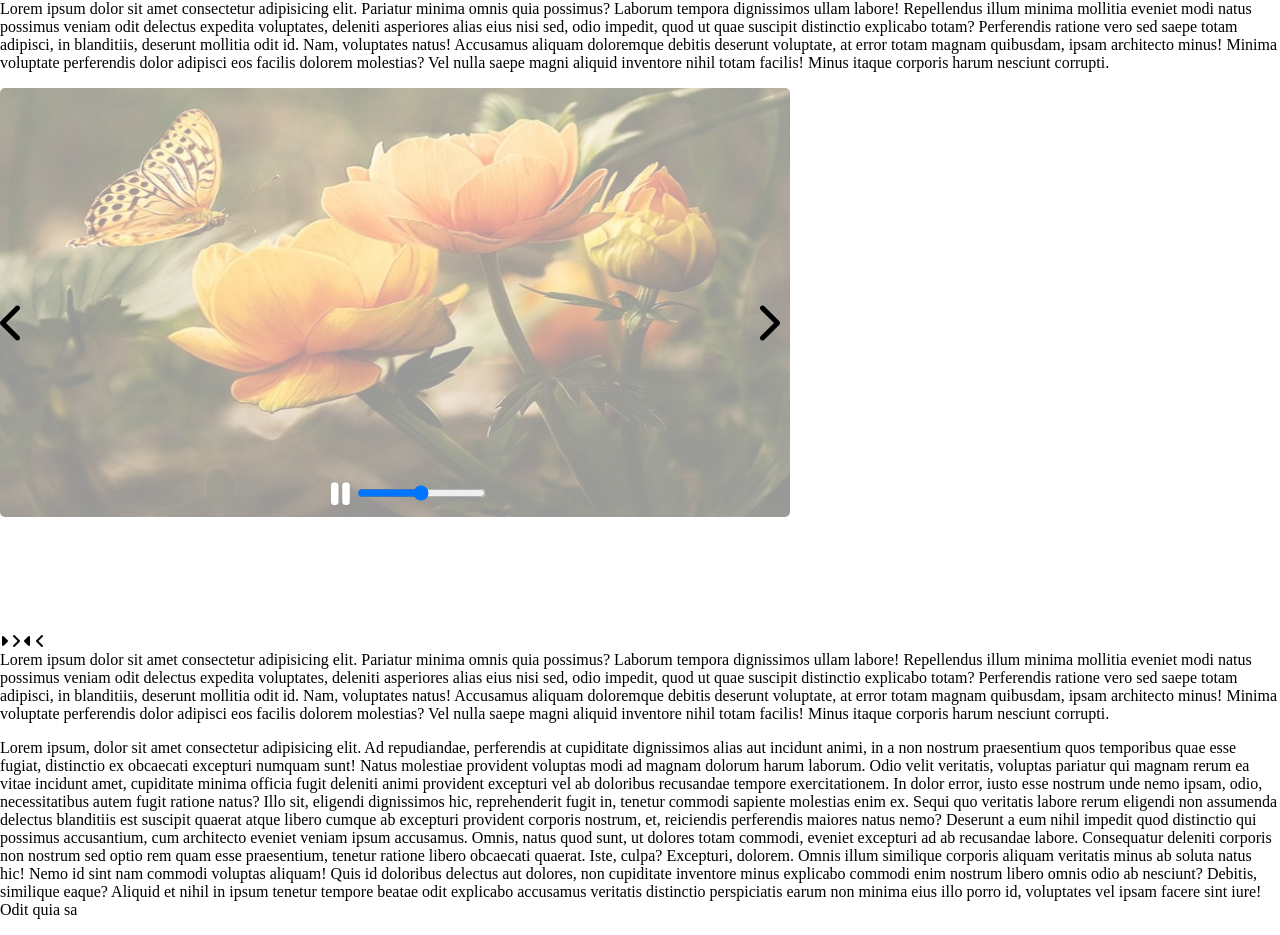
Repository: StevieC87/ASSIGNMENT3
Page: Slideshow/imgGallery.html
The author's editor kept a copy of each file at every save. The page is drawn from the files as they stood at one save, then again after the next save.
The browser window is 1280 px wide. The pictures show the whole page.

Above is the page before, as saved 2022-02-27 23:55:46.
Console error: ReferenceError: slideDynamicNew is not defined

### Slideshow/imgGallery.html
<!DOCTYPE html>
<html lang="en">

<head>
    <meta charset="UTF-8">
    <meta http-equiv="X-UA-Compatible" content="IE=edge">
    <meta name="viewport" content="width=device-width, initial-scale=1.0">

    <link rel="stylesheet" href="imgGallery.css">
    <link rel="stylesheet" href="./fonts/fontawesome/all.css">
    <!--  <script src="imgGallery2newORIGINAL.js" defer></script> -->

    <title>Document</title>
    <style>

    </style>
</head>

<body>

    <div class="loremipsum">
        Lorem ipsum dolor sit amet consectetur adipisicing elit. Pariatur minima omnis quia possimus? Laborum tempora
        dignissimos ullam labore! Repellendus illum minima mollitia eveniet modi natus possimus veniam odit delectus
        expedita voluptates, deleniti asperiores alias eius nisi sed, odio impedit, quod ut quae suscipit distinctio
        explicabo totam? Perferendis ratione vero sed saepe totam adipisci, in blanditiis, deserunt mollitia odit id.
        Nam, voluptates natus! Accusamus aliquam doloremque debitis deserunt voluptate, at error totam magnam quibusdam,
        ipsam architecto minus! Minima voluptate perferendis dolor adipisci eos facilis dolorem molestias? Vel nulla
        saepe magni aliquid inventore nihil totam facilis! Minus itaque corporis harum nesciunt corrupti.
        <p></p>
        <p></p>

    </div>
    <div class="slideOuterContainer">
        <div class="gallerycontainer">
            <div class="mainphotodiv" id="mainphotodiv">
                <div class="mainphotodiv2" id="mainphotodiv2"></div>

                <div id="buttonsdiv1">
                    <div id="pausediv">
                        <i class="fa-solid fa-pause"></i>
                    </div>
                    <div id="playdiv" class="hidden">
                        <i id="playicon" class="fa-solid fa-play"></i>
                    </div>
                    <div id="rangeSliderdiv" class="rangeSliderdiv">
                        <label for="speed"></label>
                        <input id="rangeSlider" type="range" min="1" max="3" value="2">
                    </div>
                </div>

                <div id="buttonleftdiv"></div>
                <div id="buttonrightdiv"></div>

                <i id="buttonNext" class="fa-solid fa-chevron-right"></i>
                <i id="buttonPrevious" class="fa-solid fa-chevron-left"></i>
            </div>


        </div>
        <div class="thumbcontainer" id="thumb_container">
            <!-- thumbnails go here -->
        </div>

    </div>
    </div>
    <p></p>


    <i class="fa-solid fa-caret-right"></i>
    <i class="fa-solid fa-angle-right"></i>

    <i class="fa-solid fa-caret-left"></i>
    <i class="fa-solid fa-angle-left"></i>


    <!-- <div id="UIcontrols">
    <button id="buttonleft">Left</button>
    <button id="buttonpause">pause</button>
    <button id="buttonresume">Resume</button>
    <button id="buttonright">Right</button>
</div> -->

    <div id="parentdiv2">
        <!-- <div id="childdiv2"></div> -->
    </div>
    <div class="loremipsum">
        Lorem ipsum dolor sit amet consectetur adipisicing elit. Pariatur minima omnis quia possimus? Laborum tempora
        dignissimos ullam labore! Repellendus illum minima mollitia eveniet modi natus possimus veniam odit delectus
        expedita voluptates, deleniti asperiores alias eius nisi sed, odio impedit, quod ut quae suscipit distinctio
        explicabo totam? Perferendis ratione vero sed saepe totam adipisci, in blanditiis, deserunt mollitia odit id.
        Nam, voluptates natus! Accusamus aliquam doloremque debitis deserunt voluptate, at error totam magnam quibusdam,
        ipsam architecto minus! Minima voluptate perferendis dolor adipisci eos facilis dolorem molestias? Vel nulla
        saepe magni aliquid inventore nihil totam facilis! Minus itaque corporis harum nesciunt corrupti.
        <p></p>
        <p></p>

    </div>
    <p>Lorem ipsum, dolor sit amet consectetur adipisicing elit. Ad repudiandae, perferendis at cupiditate dignissimos
        alias aut incidunt animi, in a non nostrum praesentium quos temporibus quae esse fugiat, distinctio ex obcaecati
        excepturi numquam sunt! Natus molestiae provident voluptas modi ad magnam dolorum harum laborum. Odio velit
        veritatis, voluptas pariatur qui magnam rerum ea vitae incidunt amet, cupiditate minima officia fugit deleniti
        animi provident excepturi vel ab doloribus recusandae tempore exercitationem. In dolor error, iusto esse nostrum
        unde nemo ipsam, odio, necessitatibus autem fugit ratione natus? Illo sit, eligendi dignissimos hic,
        reprehenderit fugit in, tenetur commodi sapiente molestias enim ex. Sequi quo veritatis labore rerum eligendi
        non assumenda delectus blanditiis est suscipit quaerat atque libero cumque ab excepturi provident corporis
        nostrum, et, reiciendis perferendis maiores natus nemo? Deserunt a eum nihil impedit quod distinctio qui
        possimus accusantium, cum architecto eveniet veniam ipsum accusamus. Omnis, natus quod sunt, ut dolores totam
        commodi, eveniet excepturi ad ab recusandae labore. Consequatur deleniti corporis non nostrum sed optio rem quam
        esse praesentium, tenetur ratione libero obcaecati quaerat. Iste, culpa? Excepturi, dolorem. Omnis illum
        similique corporis aliquam veritatis minus ab soluta natus hic! Nemo id sint nam commodi voluptas aliquam! Quis
        id doloribus delectus aut dolores, non cupiditate inventore minus explicabo commodi enim nostrum libero omnis
        odio ab nesciunt? Debitis, similique eaque? Aliquid et nihil in ipsum tenetur tempore beatae odit explicabo
        accusamus veritatis distinctio perspiciatis earum non minima eius illo porro id, voluptates vel ipsam facere
        sint iure! Odit quia sa</p>


    <script src="imgGallery.js"></script>
</body>

</html>

### Slideshow/imgGallery.css
:root{
    --width:800px;
    --height:636px;
    --imgwidth:560px;
    /* ratio 3:2 for landscape  */
    /* --imgwidth: calc(var(--width) - 10px);
   --imgheight: calc(var(--height) - 10px);  */
   /* --imgwidth: 450px;
   --imgheight: 300px;  */
}
body {
    margin: 0;

}
* {
    box-sizing: border-box;
  }

/* DEFAULT MOBILE SIZE VALUES */
.slideOuterContainer {
    max-width: var(--width);
    max-height: var(--height);
}
.gallerycontainer {
    display: grid;
  /*   max-height: 500px;
    width: 560px; */
    /* overflow: hidden; */

}

.mainphotodiv {
    grid-row: 1/2;
    grid-column: 1 / -1;
    position: relative;

}

.mainphoto {
    /* width: var(--width);
    height: var(--height); */
   /*  width: 100%;
    max-height: 400px; */
   /*  height: 100%; */
   /*  margin: auto; */

   /* width: auto; */

   transition: display 1s;
  /*  max-width: 560px;
   height: 400px; */
   border-radius: 5px;
}
.mainphoto2{
    position: absolute;
    top: 0;
    left: 0;

}
.mainphotodiv2 {
    /* height: 466px; */
}
.mainphotofullsize {
    max-width: 800px;
}
.visible {
    visibility: visible;
}
.hidden {
    visibility: hidden;
    /* display: none; */
}
.thumbcontainer {
    grid-row: 2/3;
    grid-column: 1 / -1;
    width: auto;
    display: flex;
    height: 100px;
  /*   flex-wrap: wrap; */
    z-index:20;
    overflow-x: scroll;
    overflow-y: hidden;
    gap: 5px;
    max-width: var(--width);
    position: relative;

}
.center-img {
    display: block;
    margin-left: auto;
    margin-right: auto;
    width: 50%;
  }

/* .imgclass {
    width: 100px;
} */
.thumb {
    border-radius: 5px;
    margin-top: 5px;
    background-color: sandybrown;

  /*   max-width: 100px;
    height: 100px; */

}
.thumb-portrait {
    width: 75px;
    height: 83px;

}
.thumb-landscape {
    width: 155px;
    height: 83px;

}

.thumbfocus {
   /* border: 5px solid black; */
 /*   box-shadow:  inset 5em 1em gold; */
   border: 2px solid aquamarine;
}

.landscape-desktop {

   /*  height: 400px;
    width: 560px; */
    width: 100%;
   /*  object-fit: cover; */
}
.portrait-desktop {

    width: auto;
    margin: 0 auto;
}




.fade {
    -webkit-animation-name: fade;
    -webkit-animation-duration: 2s;
    animation-name: fade;
    animation-duration: 4s;
    }
  @-webkit-keyframes fade {
    from {opacity: .4}
    to {opacity: 1}
    }

    @keyframes fade {
    from {opacity: .4}
    to {opacity: 1}
    }

#buttonsdiv1 {
    position: absolute;
    bottom: 0%;
   /*  left: 50%; */
    /* left: calc((var(--width) / 2)  - 70px); */
    left: 50%;
    margin-left: -69px;
   /*  background-color: gray; */
   /*  width: 75px; */
    padding: 5px;
    display: flex;
    width: 112px;

}


#pausediv {
   /*  position: absolute;
    top: 0%;
    left: 0%; */
    color: white;
    font-size: 30px;
   /*  padding: 5px; */

    /* background-color: yellow; */
}
#playdiv{
    color: white;
    font-size: 30px;
    position: absolute;
    top: 0%;
    left: 0%;
    padding: 5px;
    display: block;
}
.rangeSliderdiv{
   padding-top: 5px;
   padding-left: 5px;
}

#buttonleftdiv {
    position: absolute;
    top: 0;
    left: 0;
    font-size: 40px;
    height: 100%;
    width: 50px;
    /* filter: brightness(0.5); */
    background-color: gray;
    opacity: 0;
    z-index: 3;
}
#buttonrightdiv {
    position: absolute;
    top: 0;
    right: 0;
    font-size: 40px;
    height: 100%;
    width: 50px;
    /* filter: brightness(0.5); */
    background-color: gray;
    opacity: 0;
    z-index: 3;
}

#buttonNext {
    position: absolute;
    top: 50%;
    right: 0;
    font-size: 40px;
    margin-right: 10px;

}

#buttonPrevious {
    position: absolute;
    top: 50%;
    left: 0;
    font-size: 40px;
    margin-right: 10px;
}

### Slideshow/imgGallery.js
//ARRAY OF IMAGES
const myImages = [

    "./images/1.jpg",
    "./images/3.jpg",
    "./images/4.jpg",
    "./images/5.jpg",
    "./images/8.jpg",
    "./images/9.jpg",
    "./images/10.jpg",
    "./images/6.jpg",
    "./images/7.jpg"
];
//get total number of images
const totalImages = myImages.length;
//get index of last image
const totalImagesIndex = totalImages - 1;
//create counter variable
let currentSlide;

//grab elements
const parentdiv = document.querySelector('#mainphotodiv');
let currentphoto = document.querySelector(`img${currentSlide}`);
let currentMainphoto = document.querySelector('.mainphoto');
const parentdivthumb = document.querySelector('.thumbcontainer');
const photoparentdiv = document.querySelector('#mainphotodiv2');
//more elements for event listeners
const pausebutton = document.querySelector('#pausediv');
const playbutton = document.querySelector('#playdiv');
const rangeslider = document.querySelector('#rangeSlider');
const button_back_div = document.querySelector('#buttonleftdiv');
const button_next_div = document.querySelector('#buttonrightdiv');
let speed; //create variable for slider speed


/****************** FUNCTION RETURN ORIENTATION OF IMAGE **********************/
const getImgOrientReturnClass = (imgObject) => {
    let mainphoto_width = imgObject.naturalWidth;
    let mainphoto_height = imgObject.naturalHeight;
    let landscapemainphoto;
    //for class name - get orientation
    if (mainphoto_width > mainphoto_height) {
        //  orientation = 'landscape';
        //thumbheight = '100px';
        // console.log(orientation);
        landscapemainphoto = 'landscape';
        return landscapemainphoto;
    }
    else if (mainphoto_height > mainphoto_width) {
        landscapemainphoto = 'portrait';
        return landscapemainphoto;
    }
}
/****************** CREATE THUMBNAILS FROM ARRAY **********************/
function thumbnails(imgsarray) {
    //LOOP OVER IMAGES ARRAY, CREATE THUMBNAIL IMAGES
    myImages.forEach((element, index) => {
        const startdelay = setTimeout(() => {
            //get image orientation, and set class
            //create img object


            let myPromise = new Promise(function (myResolve, myReject) {

                let img = document.createElement('img');
                img.src = `${myImages[index]}`;   //gets src from array index
                //pass img to function to get orientation
                let orientation = getImgOrientReturnClass(img);
                let orientationthumb;
                //set css class, depending on result
                if (orientation === 'portrait') {
                    orientationthumb = 'thumb-portrait';
                }
                else if (orientation === 'landscape') {
                    orientationthumb = 'thumb-landscape'
                }
                let imgid = 'thumb' + index; //create new imgid
                let slideDynamicNew = `<img id="${imgid}" class="thumb ${orientationthumb}" src="${myImages[index]}">`; //create img with template literal
                //create div to put new img as innerHTML, then append it thumbnail container
                if (orientationthumb) {
                    // if (x == 0) {
                    myResolve("OK");
                } else {
                    myReject("Error");
                }
            });

            myPromise.then(
                function (value) { myDisplayer(value); },
                function (error) { myDisplayer(error); }
            );




            let divfirst = document.createElement('div');
            divfirst.innerHTML = slideDynamicNew;
            parentdivthumb.appendChild(divfirst);
        }, 200);
    });
};
thumbnails(myImages);

/****************** CREATE IMAGES IN THE BEGINNING **********************/
const allimages = () => {

    //get width of div around img, to get width of available window space
    let availablewidth = parentdiv.offsetWidth;
    //console.log(availablewidth, 'availablewidth');
    //get max-width we have set as variable in css stylesheet
    let getcssmaxwidth = getComputedStyle(document.documentElement)
        .getPropertyValue('--width'); //e.g. 800px
    let csswidthclean = getcssmaxwidth.slice(0, 3); //remove px from the end
    let cssmaxwidth = csswidthclean * 1;  //convert into integer

    //LOOP THROUGH IMAGES ARRAY , AND CREATE IMAGES
    myImages.forEach((element, index) => {

        //create image inside setTimeout function otherwise it doesn't set the class
        const startdelay = setTimeout(() => {
            let height;
            let width;
            //create div element to append the image to
            //create image object to get orientation
            let img = document.createElement('img');
            img.id = 'img' + index; // concatenate for image id  e.g. img3
            img.src = `${myImages[index]}`;  //get url for image src from array
            //pass img as parameter to orientation function
            let orientation = getImgOrientReturnClass(img);//calls orientation function to return

            //if it's the first image in the array, set it to visible and set currentSlide to 0
            if (index === 0) {
                classvisible = 'visible';
                currentSlide = 0;
            }
            else {
                classvisible = 'hidden';

            }
            //create image class
            img.className = `mainphoto ${orientation} mainphoto2 ${classvisible}`;


            if (availablewidth < cssmaxwidth) {


                height = availablewidth * 0.677;
                width = availablewidth;
                if (orientation == 'portrait') {
                    height = availablewidth * 0.677;
                    width = height * 0.677;
                    let imgportraithalf = width / 2;
                    let cssclassnewleft = `calc(50% - ${imgportraithalf}px)`;
                    img.style.left = cssclassnewleft;
                }
            }
            else if (availablewidth >= cssmaxwidth) {
                width = 790;
                height = 790 * 0.67 - 100;
                if (orientation == 'portrait') {
                    height = width * 0.667 - 100;
                    width = height * 0.6;
                    let imgportraithalf = width / 2;
                    let cssclassnewleft = `calc(50% - ${imgportraithalf}px)`;
                    img.style.left = cssclassnewleft;

                }
            }
            photoparentdiv.style.height = `${height}px`;
            photoparentdiv.style.width = `${width}px`;
            img.style.height = `${height}px`;
            img.classList.add('mainphotofullsize');
            img.style.width = `${width}px`;

            document.querySelector('.slideOuterContainer').style.height = `${height + 100}px`;
            document.querySelector('.slideOuterContainer').style.width = `${width}px`;
            photoparentdiv.appendChild(img);
        }
            , 200);
    });

}
allimages();
/****************** SLIDE IMAGE BASED ON INDEX PROVIDED **********************/
const Slider = (photoindex) => {
    //get current photo
    let currentphoto1 = document.querySelector(`#img${currentSlide}`);
    //get new photo
    let nextphoto = document.querySelector(`#img${photoindex}`);

    //hide current photo using css + fade effect
    currentphoto1.classList.remove('visible');
    currentphoto1.classList.add('hidden');
    currentphoto1.classList.remove('fade');

    //make visible new photo + fade effect
    nextphoto.classList.add('fade');
    nextphoto.classList.remove('hidden');
    nextphoto.classList.add('visible');
    ''
    //remove 'focus' class on thumbnail of current picture
    let currentThumbnail = document.querySelector(`#thumb${currentSlide}`);
    currentThumbnail.classList.remove('thumbfocus');

    //add 'focus' class to thumbnail - of image we change to
    let new_thumbnail = document.querySelector(`#thumb${photoindex}`);
    new_thumbnail.classList.add('thumbfocus');

    //SET UP SCROLLING in thumbnail container
    //get width of thumbnail container
    let thumbG = document.querySelector('.thumbcontainer'); //get thumb container
    let thumb_container_width = thumbG.offsetWidth;

    //get px from the left , of new thumbnail, inside the thumbnail container
    let new_thumbnail_leftpx = new_thumbnail.offsetLeft;
    //get px from the right, of new thumbnail, isnide thumbnail cotnainer, adding 100px for thumbnail width
    let new_thumbnail_rightpx = new_thumbnail_leftpx + 155; //plus 155 pixels width of thumbnail width
    //if position of right side of image, is more than width of thumbcontainer, so outside of the view, then scroll
    if (new_thumbnail_rightpx > thumb_container_width) {
        thumbG.scrollLeft = new_thumbnail_leftpx; //thumbcontianer, scroll as many pixels to the right, as the offsetLeft position of the thumbnail
    }
    else {
        thumbG.scrollLeft = 0; //thumb container, scroll to left
    }
    currentSlide = photoindex;
}


/*********** THUMBNAIL CLICK - EVENT LISTENER ****************/
let thumbnail_click = parentdivthumb.addEventListener('click', function (event) {
    //we put event listener on container div of thumbnails
    //we check user clicked on an image, not e.g. on margin
    if (event.target.nodeName == 'IMG') {
        //get image's id, that we clicked on, to pass to slider function as parameter
        let idclean = event.target.id.slice(5);
        Slider(idclean);
    }

})
/*********** NEXT BUTTON - EVENT LISTENER ****************/
let click_next = button_next_div.addEventListener('click', function (event) {
    //change new photo index based on current index
    let nextslide;
    //if last picture, start again
    if (currentSlide == totalImagesIndex) {
        nextslide = 0;
    }
    else {
        //because 'next' button, go to next picture
        nextslide = currentSlide * 1 + 1;
    }
    //call slider function with new photo index
    Slider(nextslide);
});
/*********** BACK BUTTON - EVENT LISTENER ****************/
let click_back = button_back_div.addEventListener('click', function (event) {
    //change new photo index based on current index
    let nextslide;
    //if first image (with index of 0), go to last image
    if (currentSlide === 0) {
        nextslide = totalImagesIndex;
    }
    else {
        //because back button, go back 1
        nextslide = currentSlide - 1;
    }
    //call slider function with new photo index
    Slider(nextslide);
});
/********** RANGE SLIDER - EVENT LISTENER ****************/
let rangeevent = rangeslider.addEventListener('input', function (event) {
    //get value of range slider
    let rangespeed = event.target.value;
    //set slideshow speed (ms) depending on value
    if (rangespeed == 1) {
        speed = 6000;
    }
    else if (rangespeed == 2) {
        speed = 4000;
    }
    else if (rangespeed == 3) {
        speed = 2000;
    }
    //stop automatic slideshow
    clearInterval(intervalAutoslideID);
    intervalAutoslideID = null;

    //if auto slideshow stopped -> set icon from play to pause - toggle hidden class
    if (!intervalAutoslideID) {
        let classif = playbutton.getAttribute("class");
        if
            (classif !== 'hidden') {
            pausebutton.classList.remove('hidden');
            playbutton.classList.add('hidden');
        }
        //and start slideshow with speed of range slider
        intervalAutoslideID = setInterval(autoslide, speed, 'autoslide');
    }

});

/********** CLICK PAUSE - EVENT LISTENER ****************/
let pauseclick = pausebutton.addEventListener('click', function (event) {
    //stop repeating function (auto slider) - stop slideshow
    clearInterval(intervalAutoslideID);
    intervalAutoslideID = null;
    //change icon from pause to play
    playbutton.classList.toggle('hidden');
    pausebutton.classList.toggle('hidden');
});

/********** CLICK PLAY - EVENT LISTENER ****************/
let playclick = playbutton.addEventListener('click', function (event) {
    let defaultspeed = 5000;
    let speed;
    //get speed from range slider
    let sliderspeed = document.querySelector('#rangeSlider').value;
    if (sliderspeed == 1) {
        speed = 6000;
    }
    else if (sliderspeed == 2) {
        speed = 4000;
    }
    else if (sliderspeed == 3) {
        speed = 2000;
    }
    //set repeating function, to call autoslide, with speed based on range
    if (!intervalAutoslideID) {
        intervalAutoslideID = setInterval(autoslide, speed, 'autoslide');
    }
    //change icon from play to pause
    playbutton.classList.toggle('hidden');
    pausebutton.classList.toggle('hidden');
});

//**** LAUNCH AUTOMATIC SLIDESHOW ******* */
let intervalAutoslideID;
if (!intervalAutoslideID) {
    intervalAutoslideID = setInterval(autoslide, 5000, 'autoslide');
}

/**********FUNCTION FOR AUTO SLIDESHOW CHANGE IMG INDEX ****************/
function autoslide() {
    //change new photo index based on current index, and call slider function
    let new_photo_index;
    //if we are at last image, set next image to 0, so first image
    if (currentSlide === totalImagesIndex) {
        new_photo_index = 0;
    }
    //else increase counter to show next image
    else {
        new_photo_index = currentSlide * 1 + 1;
    }
    //call slider function, pass index of photo we want to show
    Slider(new_photo_index);
}

Loaded but not shown: Slideshow/fonts/fontawesome/all.css (library)

After the next save:
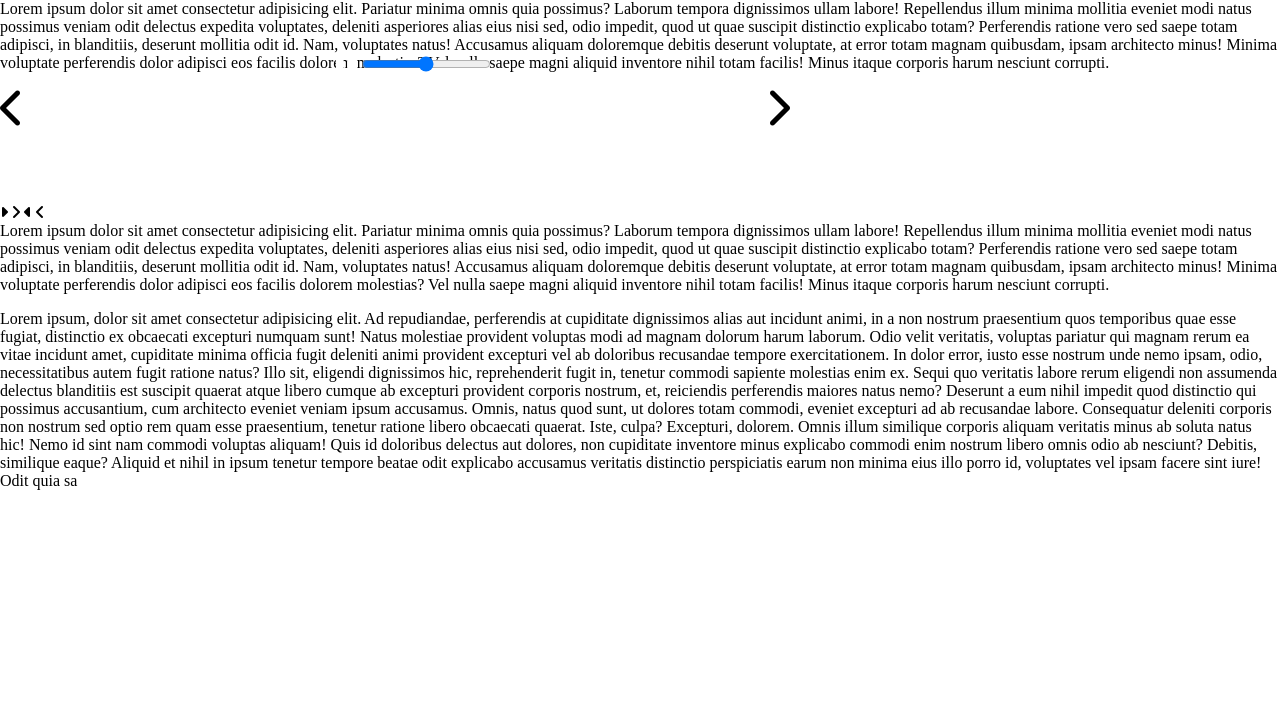
Console error: SyntaxError: missing ) after argument list
Saved 7 s later.
--- a/Slideshow/imgGallery.js
+++ b/Slideshow/imgGallery.js
@@ -86,18 +86,17 @@ function thumbnails(imgsarray) {
             });
 
             myPromise.then(
-                function (value) { myDisplayer(value); },
-                function (error) { myDisplayer(error); }
-            );
-
-
-
-
-            let divfirst = document.createElement('div');
+                let divfirst = document.createElement('div');
             divfirst.innerHTML = slideDynamicNew;
             parentdivthumb.appendChild(divfirst);
-        }, 200);
-    });
+            );
+
+
+
+
+
+    }, 200);
+});
 };
 thumbnails(myImages);
 
